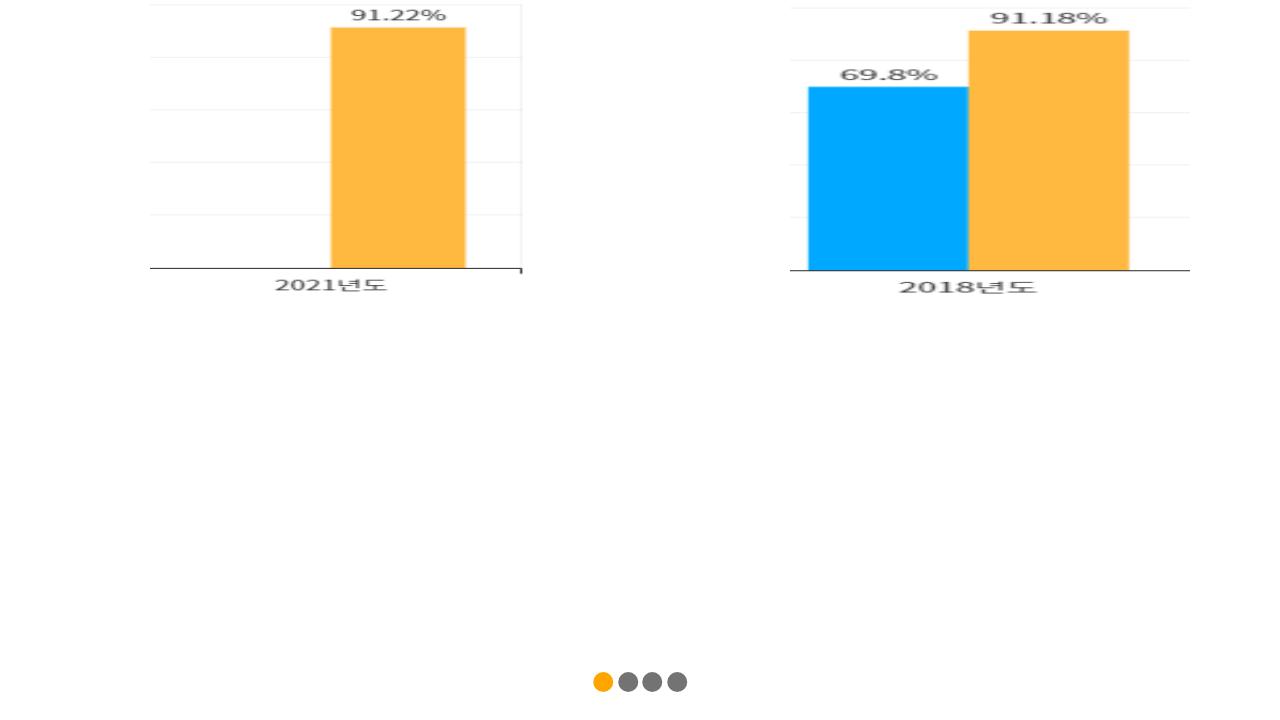
Repository: JavaJin96/kr.or.ddit.HighJava
Page: http://localhost/TeamProjectDCUM/work_psj/iframe_psj/getwork.jsp
An editor plug-in stored every save of this project. The page is shown before and after the next save, followed by the edit.
The browser window is 1280 px wide. The pictures show the whole page.
The page is served by Tomcat 9. Other server files are loaded and not shown.

Above is the page before, as saved 2022-02-16 01:06:44.

### 3.Highjava/workspace/TeamProjectDCUM/WebContent/work_psj/iframe_psj/getwork.jsp
<%@ page language="java" contentType="text/html; charset=UTF-8"
    pageEncoding="UTF-8"%>
<!DOCTYPE html>
<html>
<head>
<meta charset="UTF-8">
<title>Insert title here</title>
<!-- 카드 -->
<link rel="stylesheet" href="https://cdn.jsdelivr.net/npm/bootstrap@4.6.1/dist/css/bootstrap.min.css">
<script src="https://cdn.jsdelivr.net/npm/jquery@3.5.1/dist/jquery.slim.min.js"></script>
<script src="https://cdn.jsdelivr.net/npm/popper.js@1.16.1/dist/umd/popper.min.js"></script>
<script src="https://cdn.jsdelivr.net/npm/bootstrap@4.6.1/dist/js/bootstrap.bundle.min.js"></script>
<style>
/*---------------------- 슬라이드 ----------------------------*/
.slider{
    width: 640px;
    height: 400px;
    /*  position: relative;*/
    overflow: hidden; /* 현재 슬라이드 오른쪽에 위치한 나머지 슬라이드 들이 보이지 않도록 가림 */
/*     text-align: center; */
	display: flex;
}
.slider input[type=radio]{
    display: none;
}
img{
	width : 400px;
    height : 300px;
    margin-left: 150px;
}

ul.imgs{
    padding: 0;
    margin: 0;
    list-style: none;
}
ul.imgs li{
    position: absolute;
    left: 640px;
    transition-delay: 1s; /* 새 슬라이드가 이동해 오는 동안 이전 슬라이드 이미지가 배경이 보이도록 지연 */
    padding: 0;
    margin: 0;
}

.bullets{
    position: absolute;
    left: 50%;
    transform: translateX(-50%);
    bottom: 20px;
    z-index: 2;
}

.bullets label{
    display: inline-block;
    border-radius: 50%;
    background-color: rgba(0,0,0,0.55);
    width: 20px;
    height: 20px;
    cursor: pointer;
}

/* 현재 선택된 불릿 배경 흰색으로 구분 표시 */
.slider input[type=radio]:nth-child(1):checked~.bullets>label:nth-child(1){
    background-color: orange;
}

.slider input[type=radio]:nth-child(2):checked~.bullets>label:nth-child(2){
    background-color: orange;
}

.slider input[type=radio]:nth-child(3):checked~.bullets>label:nth-child(3){
    background-color: orange;
}

.slider input[type=radio]:nth-child(4):checked~.bullets>label:nth-child(4){
    background-color: orange;
}

 .slider input[type=radio]:nth-child(1):checked~ul.imgs>li:nth-child(1){
     left: 0;
     transition: 0.5s;
     z-index:1;
 }

 .slider input[type=radio]:nth-child(2):checked~ul.imgs>li:nth-child(2){
     left: 0;
     transition: 0.5s;
     z-index:1;
 }

 .slider input[type=radio]:nth-child(3):checked~ul.imgs>li:nth-child(3){
     left: 0;
     transition: 0.5s;
     z-index:1;
 }

 .slider input[type=radio]:nth-child(4):checked~ul.imgs>li:nth-child(4){
     left: 0;
     transition: 0.5s;
     z-index:1;
 }

</style>


</head>
<body>

	<div class="slider" targer="ifr">
	    <input type="radio" name="slide" id="slide1" checked>
	    <input type="radio" name="slide" id="slide2">
	    <input type="radio" name="slide" id="slide3">
	    <input type="radio" name="slide" id="slide4">

	    <ul id="imgholder" class="imgs">
	        <li><img src="<%=request.getContextPath()%>/images/main/getwork2.png" targer="ifr"></li>
	        <li><img src="<%=request.getContextPath()%>/images/main/getwork3.PNG" targer="ifr"></li>
	        <li><img src="<%=request.getContextPath()%>/images/main/getwork4.PNG" targer="ifr"></li>
	        <li><img src="<%=request.getContextPath()%>/images/main/getwork5.PNG" targer="ifr" ></li>
	    </ul>

	    <div class="bullets">
	        <label for="slide1">&nbsp;</label>
	        <label for="slide2">&nbsp;</label>
	        <label for="slide3">&nbsp;</label>
	        <label for="slide4">&nbsp;</label>
	    </div>
	</div>


</body>
</html>

After the next save:
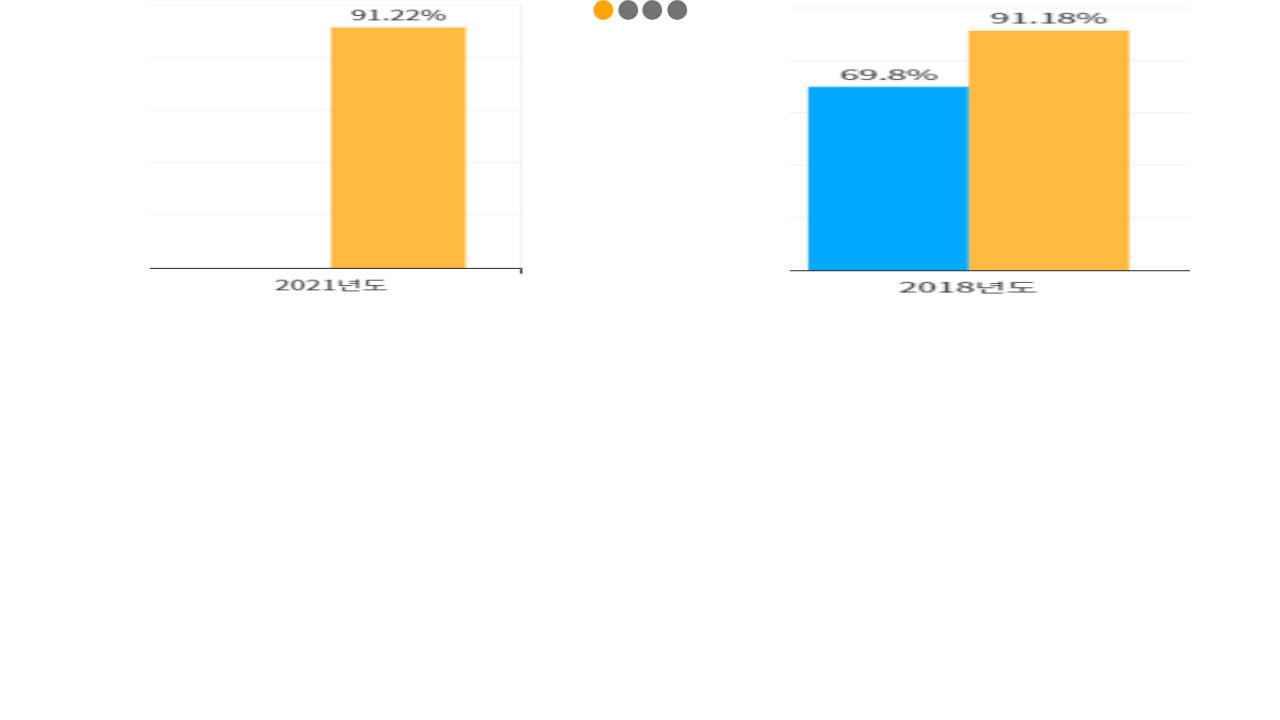
Saved 63 s later.
--- a/3.Highjava/workspace/TeamProjectDCUM/WebContent/work_psj/iframe_psj/getwork.jsp
+++ b/3.Highjava/workspace/TeamProjectDCUM/WebContent/work_psj/iframe_psj/getwork.jsp
@@ -46,7 +46,7 @@
     position: absolute;
     left: 50%;
     transform: translateX(-50%);
-    bottom: 20px;
+   /*  bottom: 20px; */
     z-index: 2;
 }
 

After the save that followed:
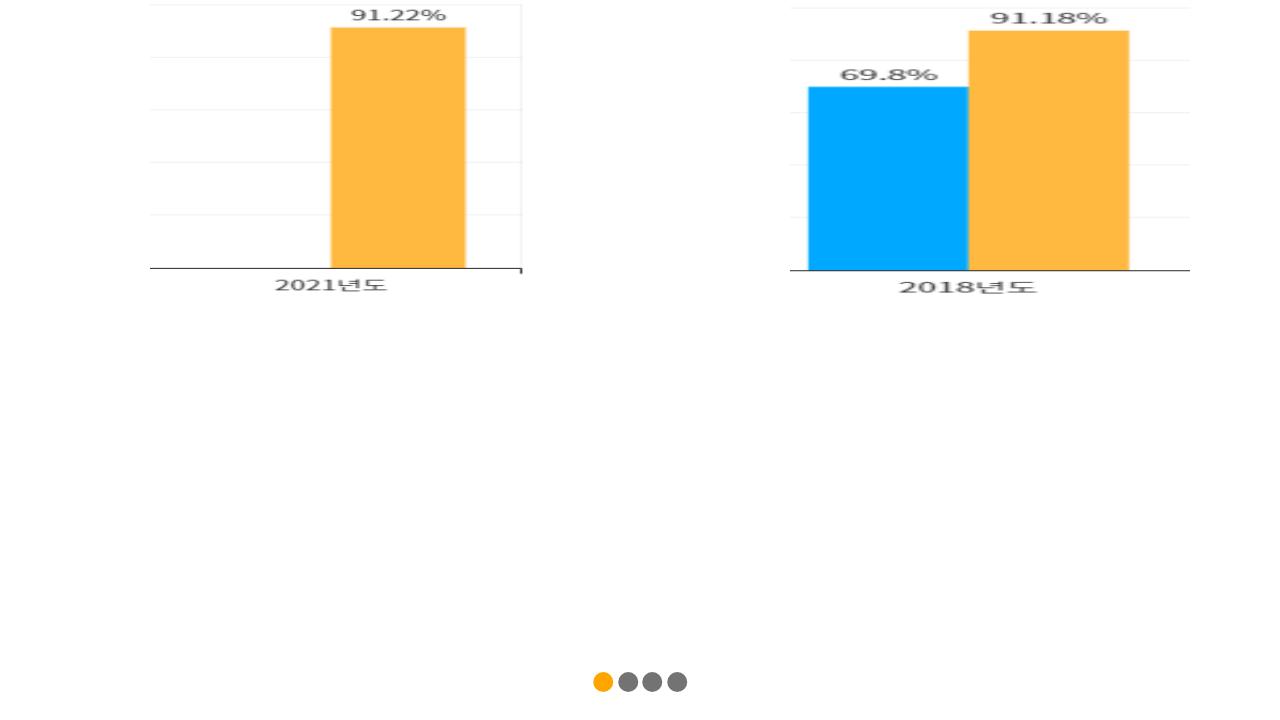
Saved 12 s later.
--- a/3.Highjava/workspace/TeamProjectDCUM/WebContent/work_psj/iframe_psj/getwork.jsp
+++ b/3.Highjava/workspace/TeamProjectDCUM/WebContent/work_psj/iframe_psj/getwork.jsp
@@ -46,7 +46,7 @@
     position: absolute;
     left: 50%;
     transform: translateX(-50%);
-   /*  bottom: 20px; */
+    bottom: 20px;
     z-index: 2;
 }
 
